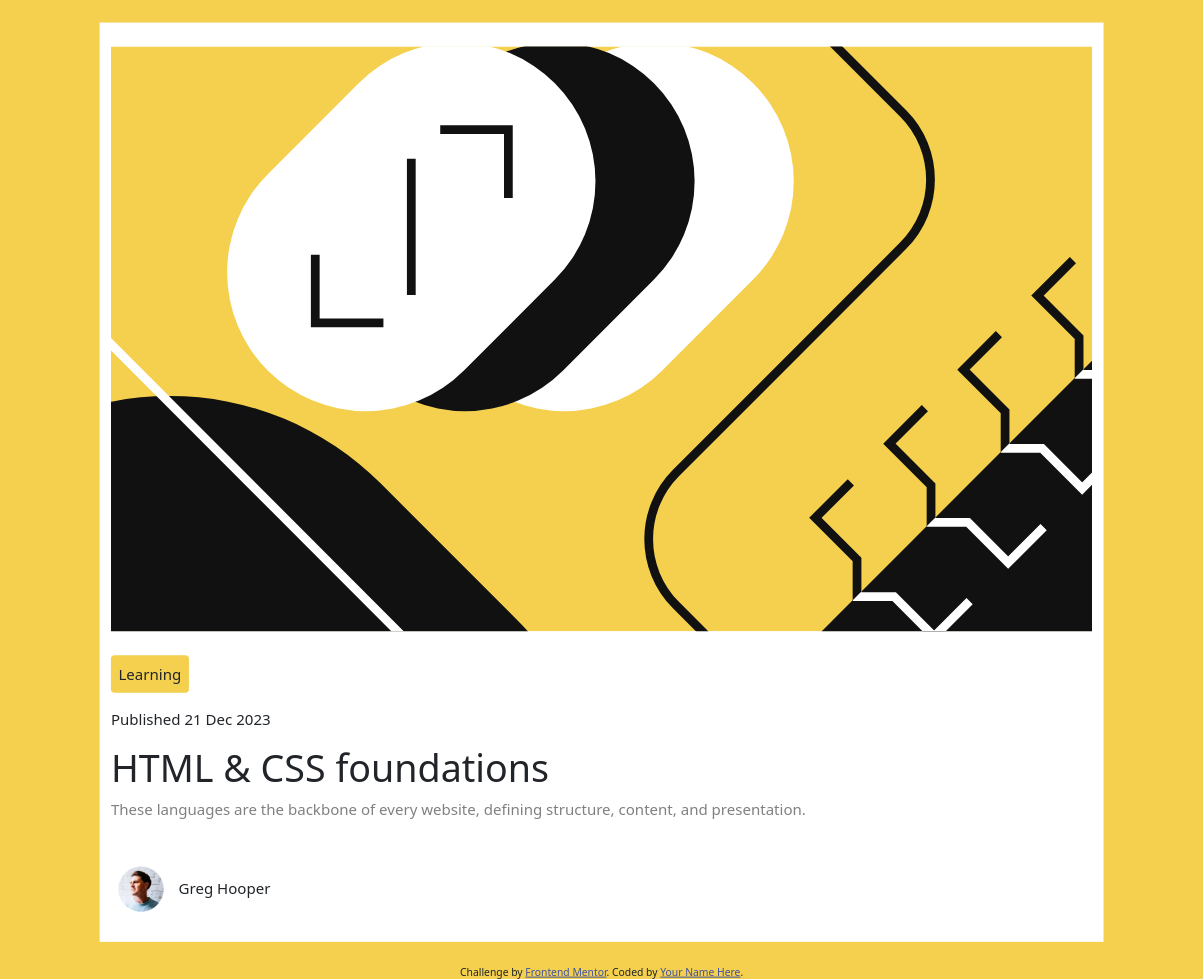
Repository: blordeus/blog-preview-card
Page: index.html
An editor plug-in stored every save of this project. The page is shown before and after the next save, followed by the edit.
The browser window is 1280 px wide. The pictures show the whole page, at 94% of full size.
The style sheet was rebuilt from its Sass, Less or Tailwind sources for each picture, by a compiler version that may differ from the author's.

Above is the page before, as saved 2024-02-10 09:26:42.

### index.html
<!DOCTYPE html>
<html lang="en">
<head>
  <meta charset="UTF-8">
  <meta name="viewport" content="width=device-width, initial-scale=1.0"> <!-- displays site properly based on user's device -->

  <link rel="icon" type="image/png" sizes="32x32" href="./assets/images/favicon-32x32.png">
  <link rel="stylesheet" href="style.css">
  <link href="https://cdn.jsdelivr.net/npm/bootstrap@5.1.3/dist/css/bootstrap.min.css" rel="stylesheet" integrity="sha384-1BmE4kWBq78iYhFldvKuhfTAU6auU8tT94WrHftjDbrCEXSU1oBoqyl2QvZ6jIW3" crossorigin="anonymous">
  <title>Frontend Mentor | Blog preview card</title>

</head>
<body class="yellow-bg container">
<main class="white-bg row py-4 m-4 grid grid-rows-4 justify-items-center align-content-start">
    <img class="rounded" src="assets\images\illustration-article.svg" alt="header image">
    <div class="mt-4">
      <p class="yellow-bg d-inline-block p-2 rounded">Learning</p>
    </div>

    <p>Published 21 Dec 2023</p>

    <h1>HTML & CSS foundations</h1>

    <p class="grey-text">These languages are the backbone of every website, defining structure, content, and presentation.</p>

    <div class="d-flex gap-2 pt-4 align-items-center">
      <img class="greg" src="assets\images\image-avatar.webp" alt="author image">
      <p class="mt-3">Greg Hooper</p>
    </div>

</main>
<div></div>
<div class="attribution">
    Challenge by <a href="https://www.frontendmentor.io?ref=challenge" target="_blank">Frontend Mentor</a>.
    Coded by <a href="#">Your Name Here</a>.
  </div>
</body>
</html>

### style.scss
@font-face {
    font-family: Figtree;
    src: url(./assets/fonts/Figtree-VariableFont_wght.ttf);
}

@font-face {
    font-family: Figtree-Italic;
    src: url(./assets/fonts/Figtree-Italic-VariableFont_wght.ttf) format("truetype");
    font-style: italic;
}

// Primary

$Yellow: hsl(47, 88%, 63%);

// Neutral

$White: hsl(0, 0%, 100%);
$Grey: hsl(0, 0%, 50%);
$Black: hsl(0, 0%, 7%);

body {
    font-family: Figtree;
}

p {
    font-size: 16px
}

.yellow-bg {
    background-color: $Yellow;

}

.black-bg {
    background-color: $Black;
}

.grey-text {
    color: $Grey;
}

.white-bg {
    background-color: $White;
}

.black-text {
    color: $Black;
}

.greg {
    scale: 0.75;
}

.attribution { font-size: 11px; text-align: center; }
.attribution a { color: hsl(228, 45%, 44%); }

After the next save:
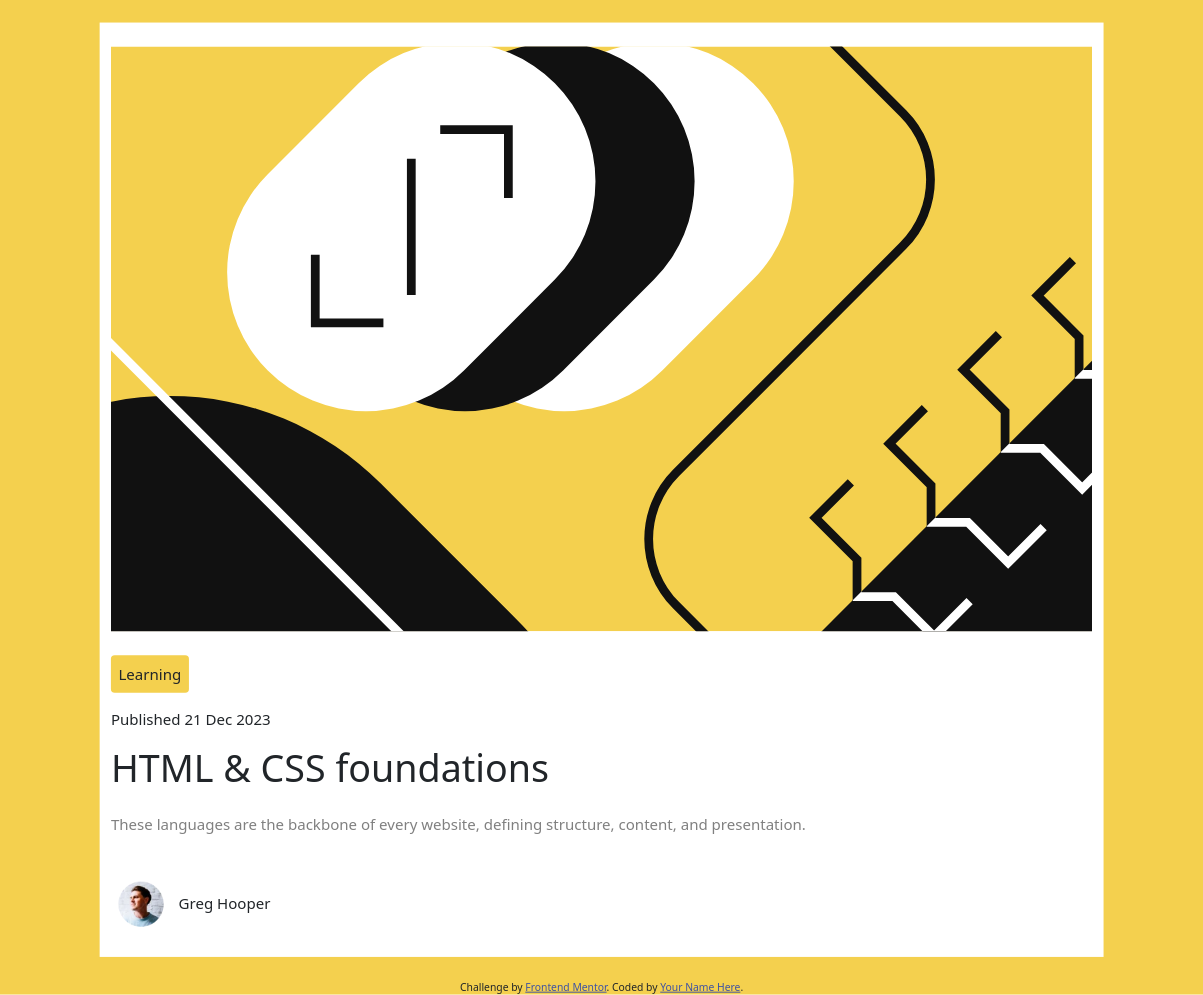
Saved 11 s later.
--- a/index.html
+++ b/index.html
@@ -21,7 +21,7 @@
 
     <h1>HTML & CSS foundations</h1>
 
-    <p class="grey-text">These languages are the backbone of every website, defining structure, content, and presentation.</p>
+    <p class="grey-text mt-3">These languages are the backbone of every website, defining structure, content, and presentation.</p>
 
     <div class="d-flex gap-2 pt-4 align-items-center">
       <img class="greg" src="assets\images\image-avatar.webp" alt="author image">

After the save that followed:
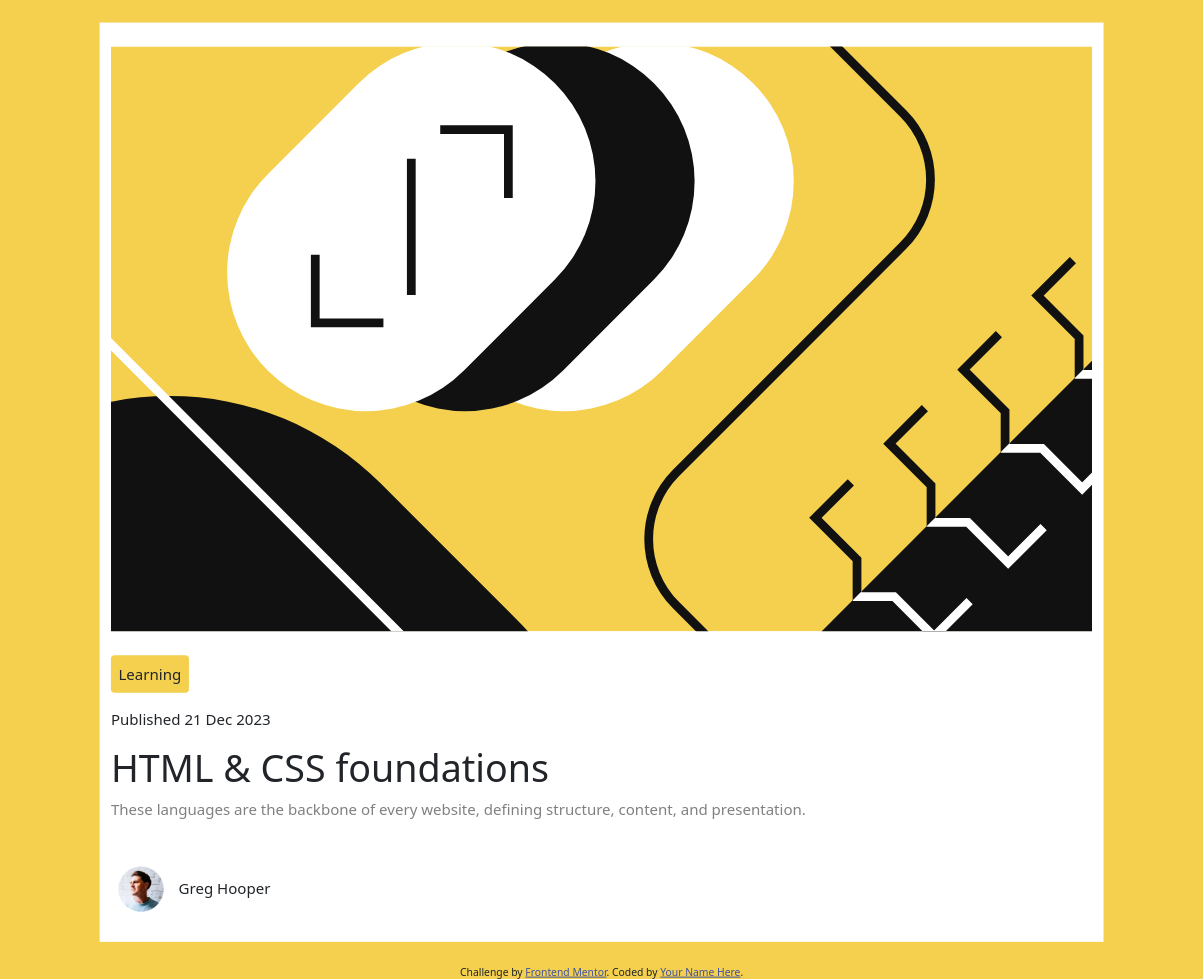
Saved 10 s later.
--- a/index.html
+++ b/index.html
@@ -21,7 +21,7 @@
 
     <h1>HTML & CSS foundations</h1>
 
-    <p class="grey-text mt-3">These languages are the backbone of every website, defining structure, content, and presentation.</p>
+    <p class="grey-text">These languages are the backbone of every website, defining structure, content, and presentation.</p>
 
     <div class="d-flex gap-2 pt-4 align-items-center">
       <img class="greg" src="assets\images\image-avatar.webp" alt="author image">
